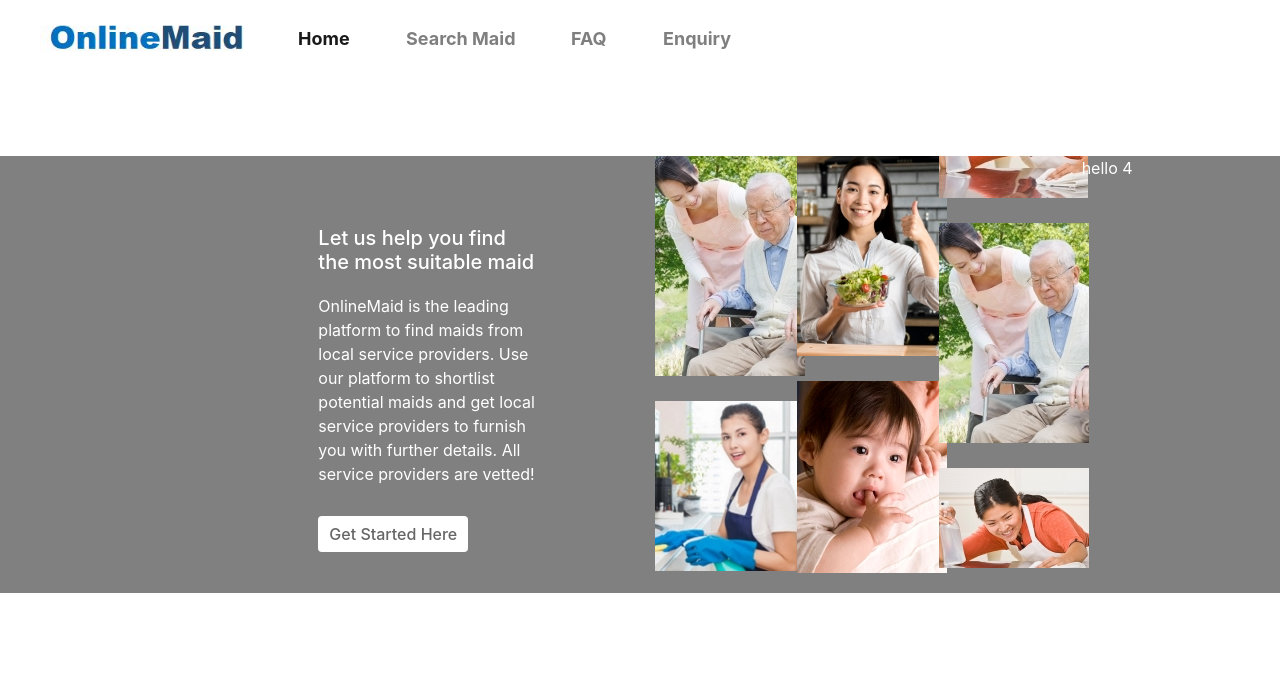
Repository: Code-Institute-Submissions/Project-1---Online-Maid
Page: testing.html
The author's editor kept a record of every edit. The page is drawn from the files as they stood at one moment, then again after the next edit.
The browser window is 1280 px wide. The pictures show the whole page.
Some web libraries are served in a nearby version.

Above is the page before.

After the next edit:
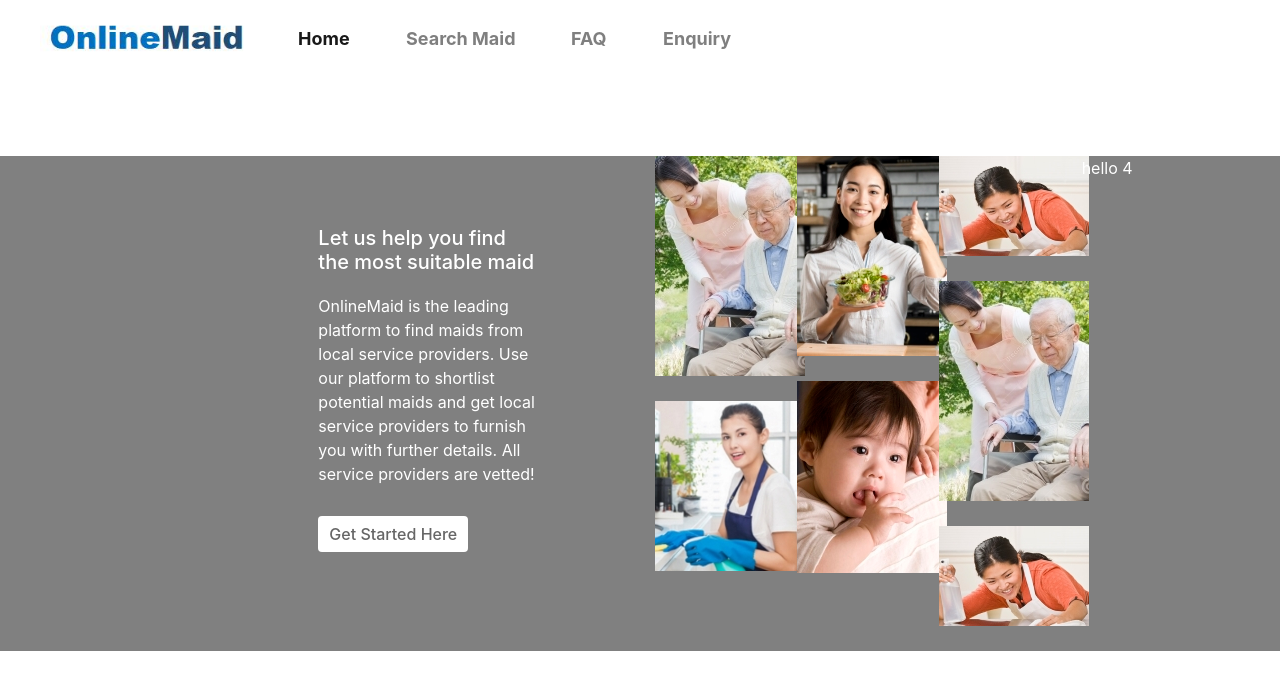
The edit:
--- a/testing.html
+++ b/testing.html
@@ -63,7 +63,7 @@
         </div>
 
         <div class="col-4 picture-col-3">
-          <img class="card-img-top-5" src="images/enquiry5a.jpg" alt="Card image cap">
+          <img class="card-img-top-5" src="images/enquiry7a.jpg" alt="Card image cap">
           <img class="card-img-top-6" src="images/enquiry1a.jpg" alt="Card image cap">
           <img class="card-img-top-5" src="images/enquiry7a.jpg" alt="Card image cap">
         </div>
